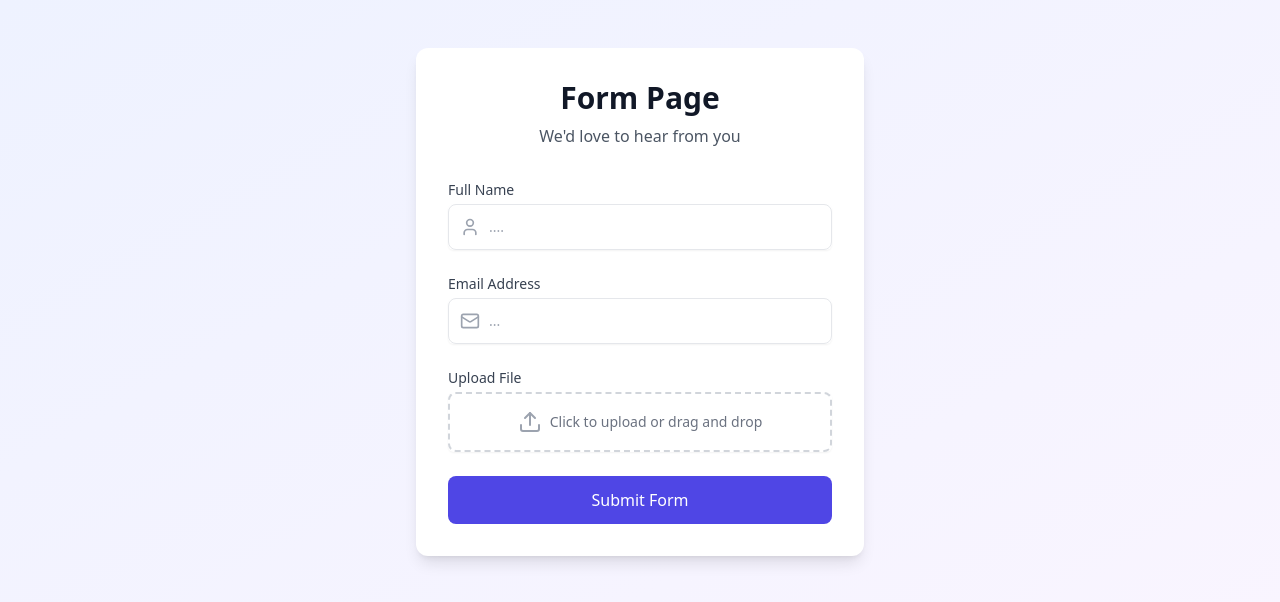
Repository: Subhashree-Nayak507/Test
Page: / (app in client/)
An editor plug-in stored every save of this project. The page is shown before and after the next save, followed by the edit.
The browser window is 1280 px wide. The pictures show the whole page.
The project was rebuilt for these pictures with package versions that can differ from the ones it lists, and the page was loaded fresh each time. Also part of the build but not shown: client/vite.config.js.

Above is the page before, as saved 2025-01-03 19:52:53.

After the next save:
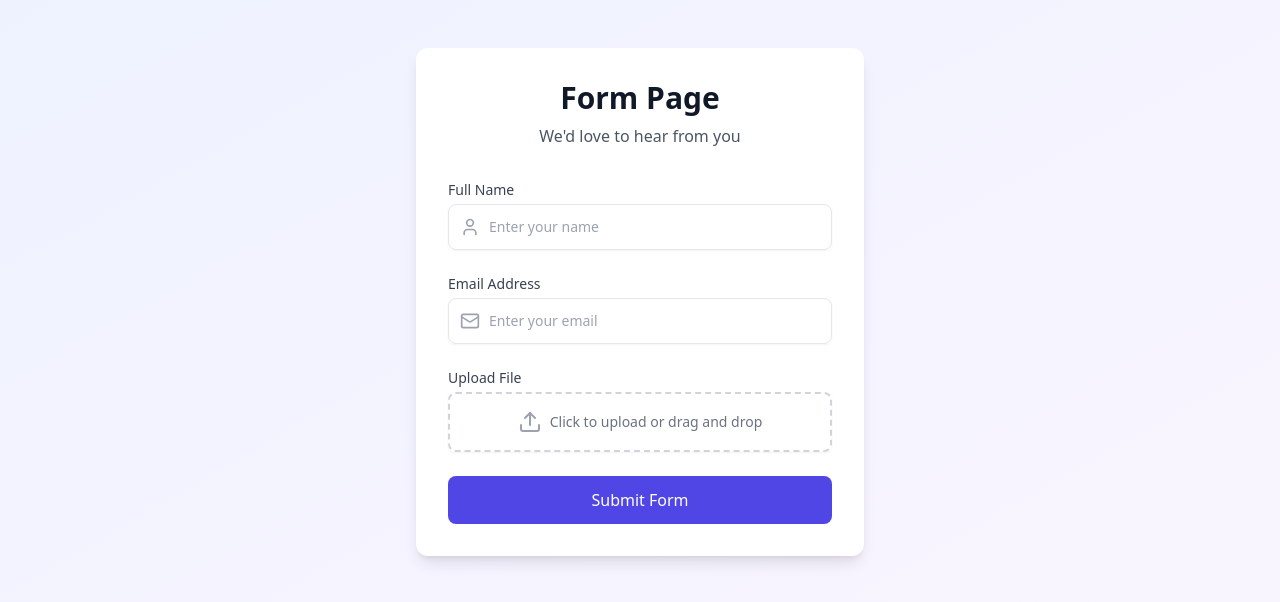
Saved 22 h 48 min later.
--- a/client/src/pages/FormPage.jsx
+++ b/client/src/pages/FormPage.jsx
@@ -1,50 +1,80 @@
-import React,{ useState } from 'react';
+import React, { useState } from 'react';
 import { Mail, User, Upload } from 'lucide-react';
-import axios from 'axios';
-
-const API_URL = 'http://localhost:5000/api/form';
 
 const FormPage = () => {
-  const [formData, setFormData] = useState({
+  // Separate state for form input and file
+  const [formInputs, setFormInputs] = useState({
     name: '',
     email: '',
-    file: null
   });
+  const [fileData, setFileData] = useState({
+    file: null,
+    fileName: ''
+  });
+  const [error, setError] = useState('');
 
-  const handleChange = (e) => {
-    const { name, type } = e.target;
-    const value = type === 'file' ? e.target.files[0] : e.target.value;
-    setFormData(prev => ({
+  // Handle text input changes
+  const handleInputChange = (e) => {
+    const { name, value } = e.target;
+    setFormInputs(prev => ({
       ...prev,
       [name]: value
     }));
   };
 
+  // Handle file input changes
+  const handleFileChange = (e) => {
+    const file = e.target.files[0];
+    if (file) {
+      // Validate file size (example: 5MB limit)
+      if (file.size > 5 * 1024 * 1024) {
+        setError('File size should be less than 5MB');
+        return;
+      }
+      setFileData({
+        file: file,
+        fileName: file.name
+      });
+      setError('');
+    }
+  };
 
   const handleSubmit = async (e) => {
     e.preventDefault();
-    if (!formData.name || !formData.email || !formData.file) {
-      alert('Please fill all fields');
+    // Validate inputs
+    if (!formInputs.name.trim() || !formInputs.email.trim() || !fileData.file) {
+      setError('Please fill in all fields');
       return;
-    };
+    }
+
     try {
       const formDataToSend = new FormData();
 
-      formDataToSend.append('Name', formData.name);
-      formDataToSend.append('email', formData.email);
-      formDataToSend.append('File', formData.file);
+      // Append text inputs
+      formDataToSend.append('name', formInputs.name.trim());
+      formDataToSend.append('email', formInputs.email.trim());
 
-      const response = await axios.post(API_URL, formDataToSend, {
-        headers: { 'Content-Type': 'multipart/form-data' }
+      // Append file only if it exists
+      if (fileData.file) {
+        formDataToSend.append('file', fileData.file);
+      }
+
+      // Example API call (commented out)
+       const response = await axios.post(API_URL, formDataToSend, {
+         headers: { 'Content-Type': 'multipart/form-data' }
       });
+
+      // Reset form after successful submission
+      setFormInputs({ name: '', email: '' });
+      setFileData({ file: null, fileName: '' });
       alert('Form submitted successfully!');
-      setFormData({ name: '', email: '', file: null });
+
     } catch (error) {
-      console.error("Error submitting form:", error.response.data);
+      console.log(error.response?.data);
     }
   };
 
-  return(
+  return (
     <div className="min-h-screen bg-gradient-to-br from-indigo-50 to-purple-50 py-12 px-4">
       <div className="max-w-md mx-auto bg-white rounded-xl shadow-lg">
         <div className="p-8">
@@ -65,11 +95,10 @@ const FormPage = () => {
                 <input
                   type="text"
                   name="name"
-                  value={formData.name}
-                  onChange={handleChange}
+                  value={formInputs.name}
+                  onChange={handleInputChange}
                   className="pl-10 w-full rounded-lg border border-gray-200 py-3 text-sm outline-none focus:border-indigo-500 focus:ring-1 focus:ring-indigo-500"
-                  placeholder="...."
-                  required
+                  placeholder="Enter your name"
                 />
               </div>
             </div>
@@ -85,11 +114,10 @@ const FormPage = () => {
                 <input
                   type="email"
                   name="email"
-                  value={formData.email}
-                  onChange={handleChange}
+                  value={formInputs.email}
+                  onChange={handleInputChange}
                   className="pl-10 w-full rounded-lg border border-gray-200 py-3 text-sm outline-none focus:border-indigo-500 focus:ring-1 focus:ring-indigo-500"
-                  placeholder="..."
-                  required
+                  placeholder="Enter your email"
                 />
               </div>
             </div>
@@ -104,17 +132,17 @@ const FormPage = () => {
                     <Upload className="h-6 w-6 text-gray-400 mr-2" />
                     <input
                       type="file"
-                      name="file"
-                      onChange={handleChange}
+                      onChange={handleFileChange}
                       className="absolute inset-0 w-full h-full opacity-0 cursor-pointer"
                     />
                     <span className="text-sm text-gray-500">
-                      Click to upload or drag and drop
+                      {fileData.fileName || 'Click to upload or drag and drop'}
                     </span>
                   </div>
                 </div>
               </div>
             </div>
+
             <button
               type="submit"
               className="w-full bg-indigo-600 text-white py-3 px-4 rounded-lg font-medium hover:bg-indigo-700 transition-colors focus:outline-none focus:ring-2 focus:ring-offset-2 focus:ring-indigo-500"
